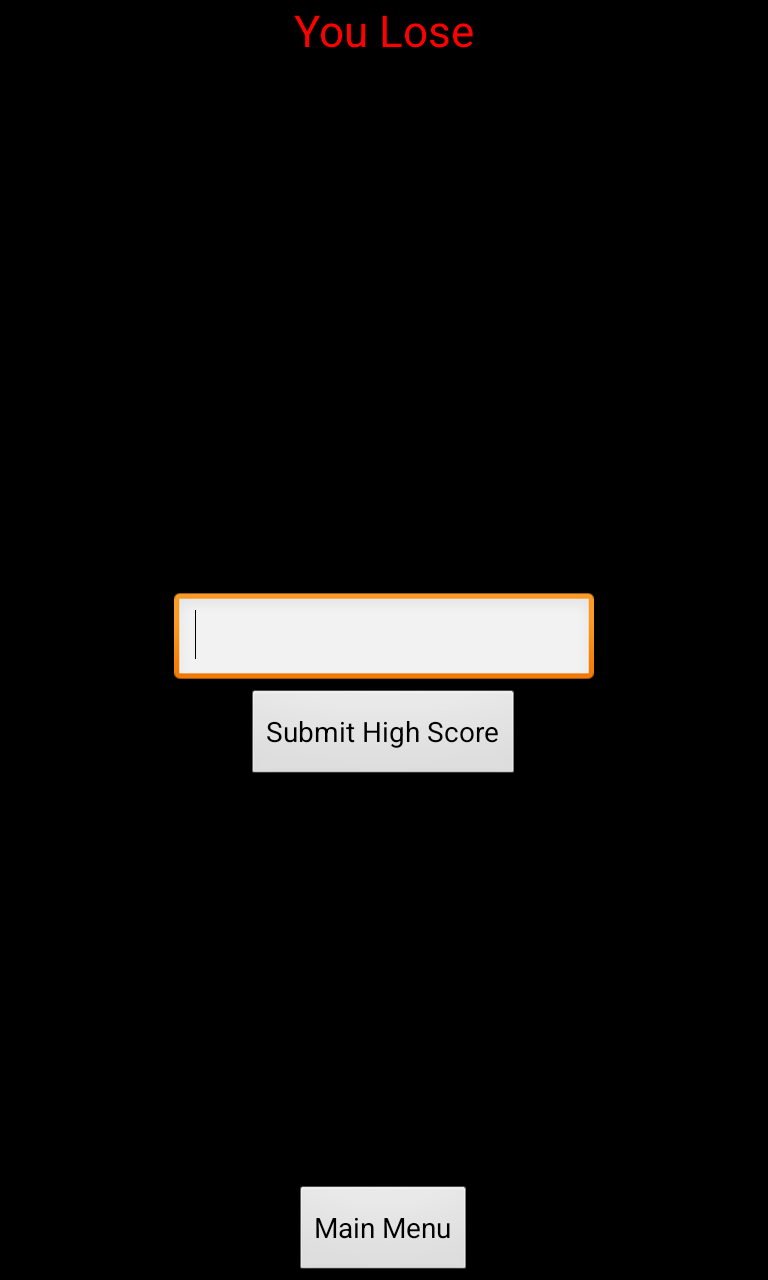
Repository: tofuninja/Rotate
Layout: Rotate/res/layout/game_loss_scree.xml
The author's editor kept a copy of each file at every save. The layout is drawn from the files as they stood at one save, then again after the next save.
It is drawn on a 768 x 1280 px phone screen (xhdpi) without system bars, with theme android:Theme.NoTitleBar.Fullscreen; the app's code is not run.

Above is the layout before, as saved 2014-05-03 12:01:14.

### Rotate/res/layout/game_loss_scree.xml
<?xml version="1.0" encoding="utf-8"?>
<FrameLayout xmlns:android="http://schemas.android.com/apk/res/android"
    android:layout_width="match_parent"
    android:layout_height="match_parent" >

    <RelativeLayout
        android:id="@+id/loss_layout"
        android:layout_width="match_parent"
        android:layout_height="match_parent" >

        <TextView
            android:id="@+id/textView1"
            android:layout_width="wrap_content"
            android:layout_height="wrap_content"
            android:layout_alignParentTop="true"
            android:layout_centerHorizontal="true"
            android:text="You Lose"
            android:textAppearance="?android:attr/textAppearanceLarge"
            android:textColor="#FF0000" />

        <EditText
            android:id="@+id/text_name"
            android:layout_width="wrap_content"
            android:layout_height="wrap_content"
            android:layout_centerHorizontal="true"
            android:layout_centerVertical="true"
            android:ems="10" >

            <requestFocus />
        </EditText>

        <Button
            android:id="@+id/button_submit"
            android:layout_width="wrap_content"
            android:layout_height="wrap_content"
            android:layout_below="@+id/text_name"
            android:layout_centerHorizontal="true"
            android:text="Submit High Score" />

        <Button
            android:id="@+id/button_menu"
            android:layout_width="wrap_content"
            android:layout_height="wrap_content"
            android:layout_alignParentBottom="true"
            android:layout_centerHorizontal="true"
            android:text="Main Menu" />

    </RelativeLayout>

</FrameLayout>

After the next save:
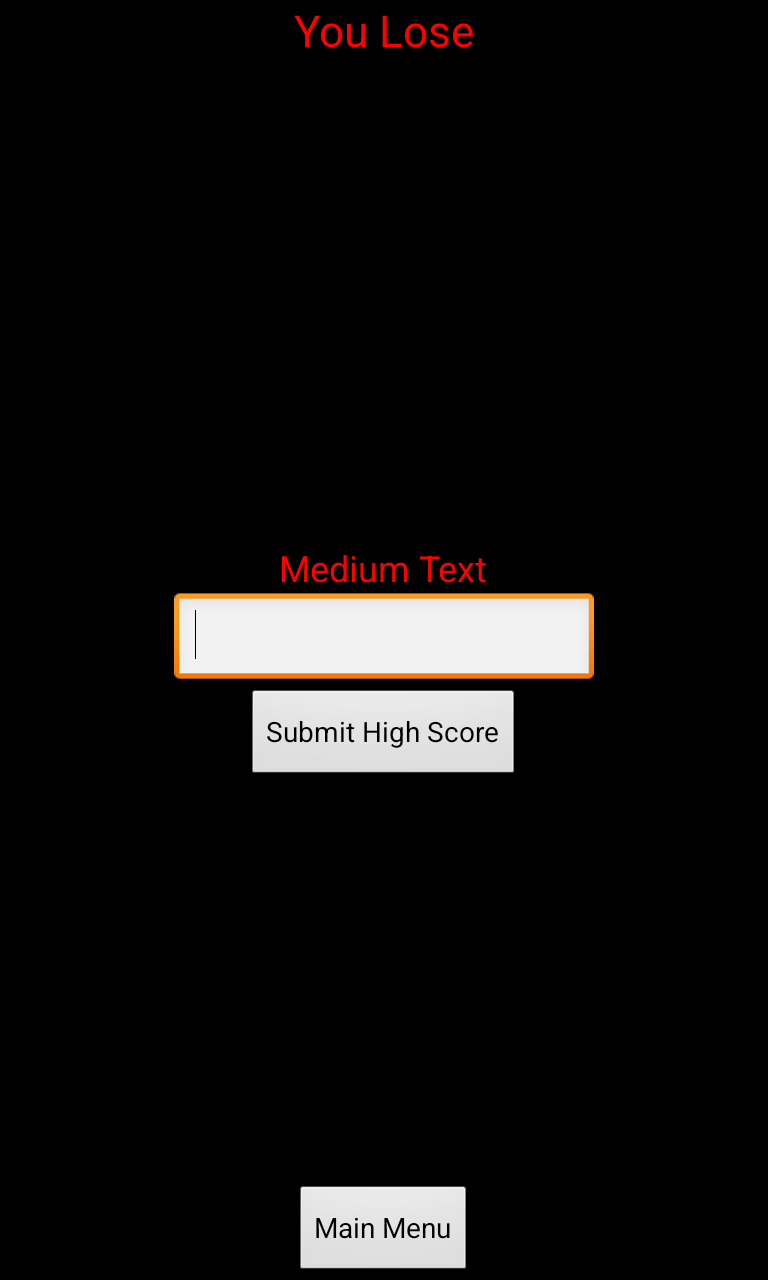
Saved 3 min 32 s later.
--- a/Rotate/res/layout/game_loss_scree.xml
+++ b/Rotate/res/layout/game_loss_scree.xml
@@ -7,16 +7,6 @@
         android:id="@+id/loss_layout"
         android:layout_width="match_parent"
         android:layout_height="match_parent" >
-
-        <TextView
-            android:id="@+id/textView1"
-            android:layout_width="wrap_content"
-            android:layout_height="wrap_content"
-            android:layout_alignParentTop="true"
-            android:layout_centerHorizontal="true"
-            android:text="You Lose"
-            android:textAppearance="?android:attr/textAppearanceLarge"
-            android:textColor="#FF0000" />
 
         <EditText
             android:id="@+id/text_name"
@@ -45,6 +35,26 @@
             android:layout_centerHorizontal="true"
             android:text="Main Menu" />
 
+        <TextView
+            android:id="@+id/textView2"
+            android:layout_width="wrap_content"
+            android:layout_height="wrap_content"
+            android:layout_alignParentTop="true"
+            android:layout_centerHorizontal="true"
+            android:text="You Lose"
+            android:textAppearance="?android:attr/textAppearanceLarge"
+            android:textColor="#FF0000" />
+
+        <TextView
+            android:id="@+id/text_score"
+            android:layout_width="wrap_content"
+            android:layout_height="wrap_content"
+            android:layout_above="@+id/text_name"
+            android:layout_centerHorizontal="true"
+            android:text="Medium Text"
+            android:textAppearance="?android:attr/textAppearanceMedium"
+            android:textColor="#FF0000" />
+
     </RelativeLayout>
 
 </FrameLayout>
